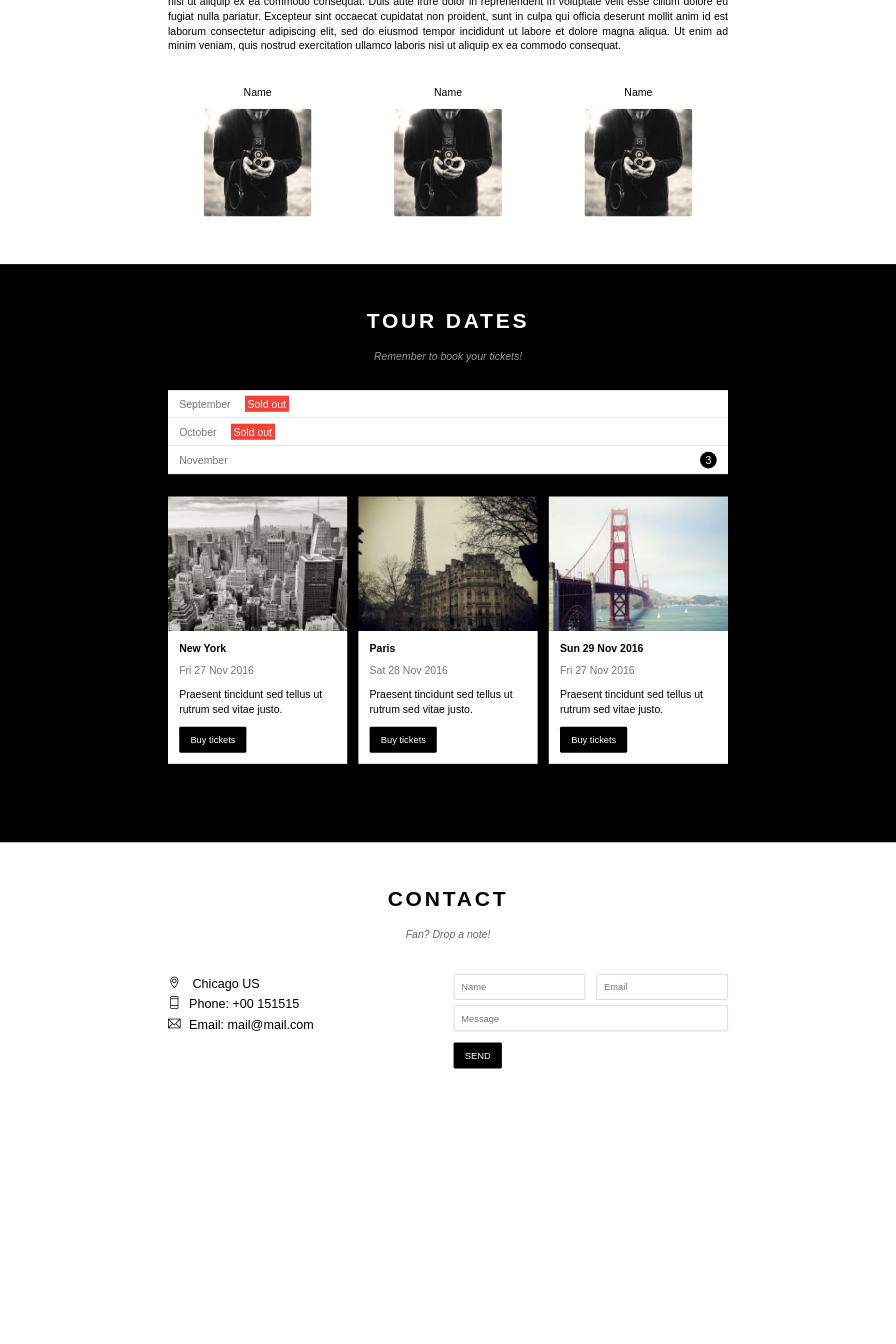
Repository: Phunobita/The-band-w3school
Page: index.html
These files come from the project's save history. The page is drawn as it stood at one moment and after the next save; the edit follows.
The browser window is 1280 px wide. The pictures show the part of the page from y = 566 to 2486 px (the page is 2486 px tall), at 70% of full size.
A picture or video elsewhere on the page could not be fetched, so the positions and the page height are approximate.

Above is the page before, as saved 2021-12-03 16:31:21.

After the next save:
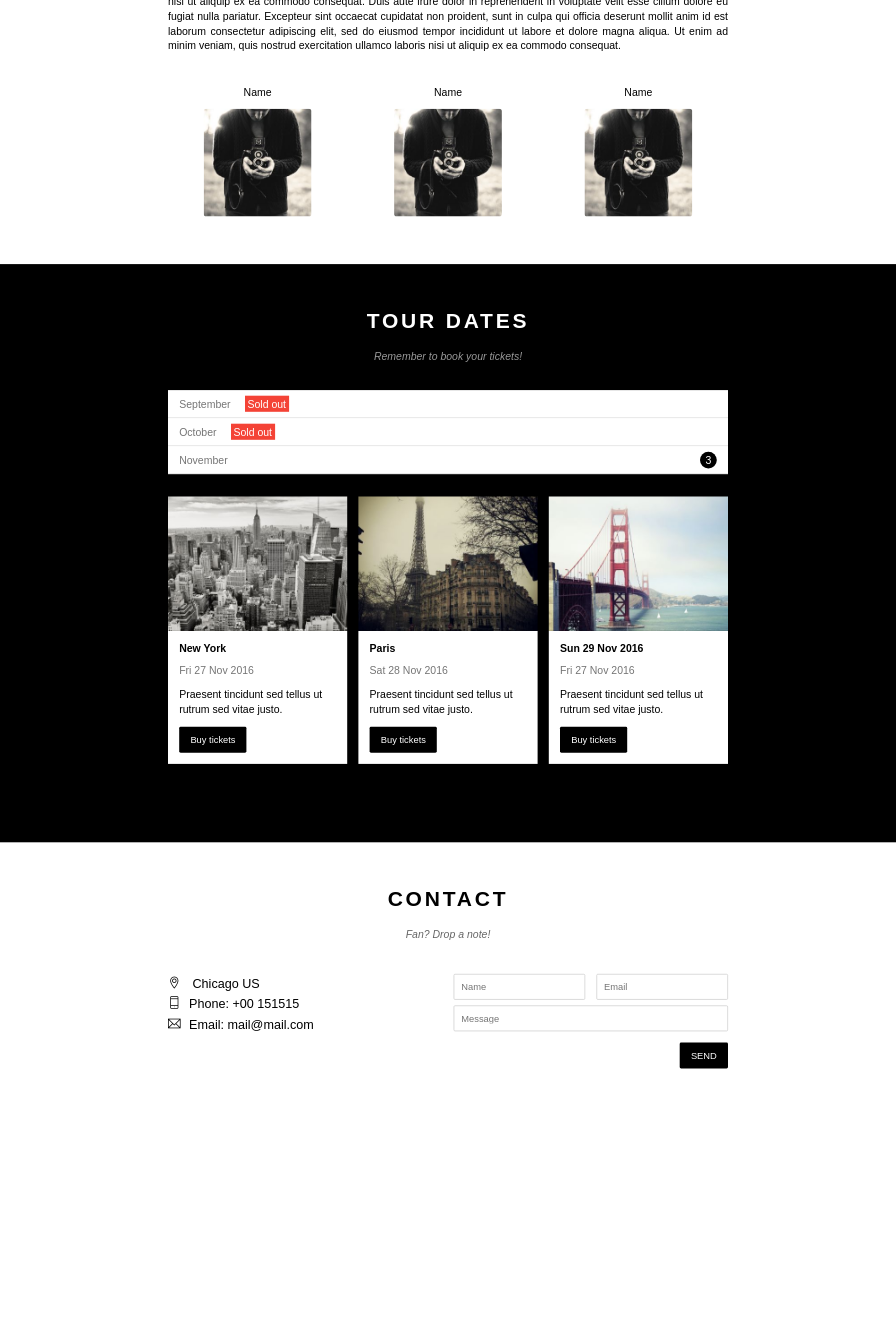
Saved 29 s later.
--- a/index.html
+++ b/index.html
@@ -154,7 +154,7 @@
                                     <input type="" name="" required id="" class="form-control" placeholder="Message">
                                 </div>
                             </div>
-                            <input class="btn mt-16" type="submit" value="SEND">
+                            <input class="btn pull-right mt-16" type="submit" value="SEND">
                         </form>
                     </div>
                 </div>
@@ -163,6 +163,7 @@
             <div id="footer">
 
             </div>
+
         </div>
         <div class="modal js-modal">
             <div class="modal-container js-modal-container">
